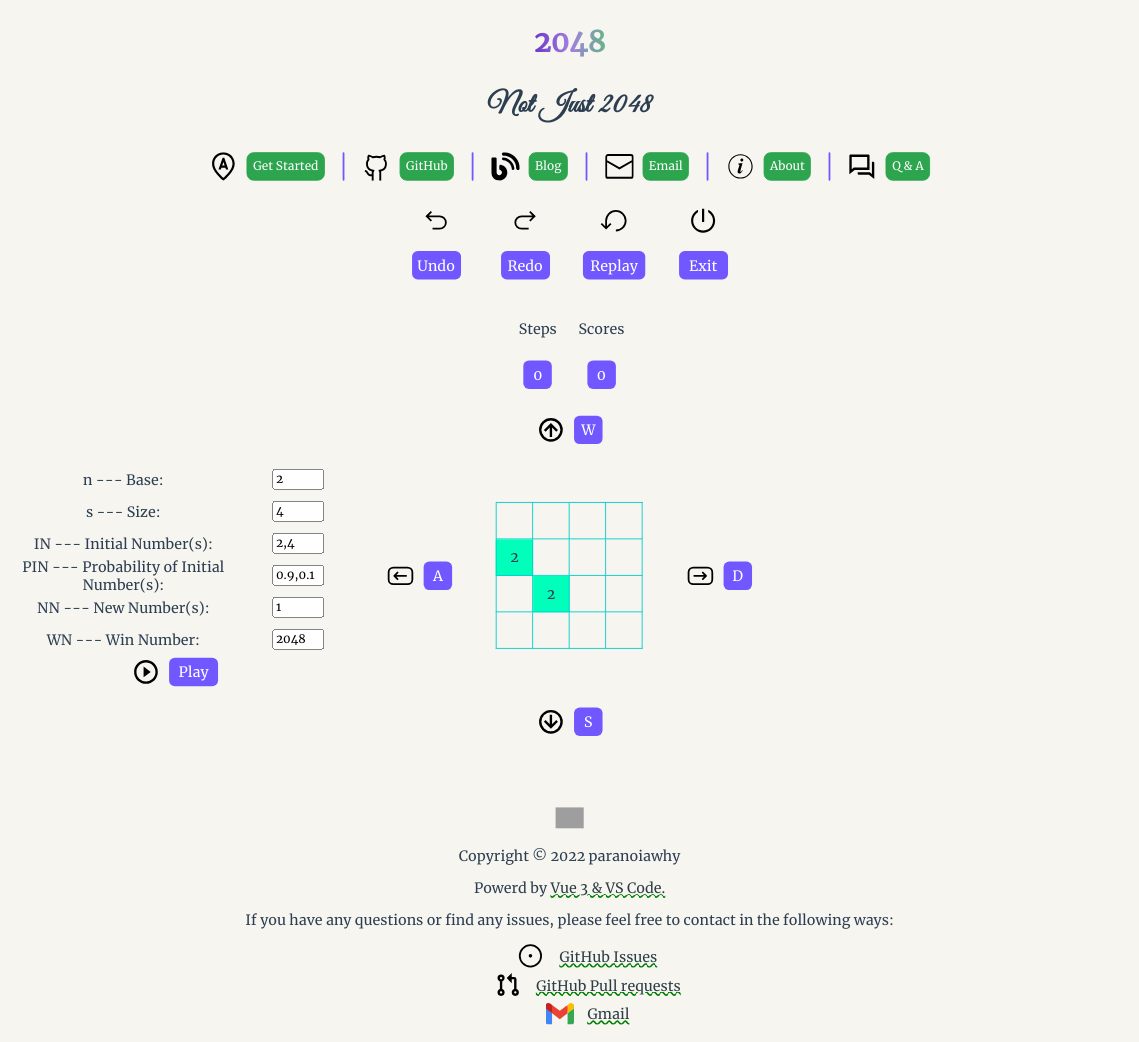
Repository: 321paranoiawhy/2048
Page: /
An editor plug-in stored every save of this project. The page is shown before and after the next save, followed by the edit.
The browser window is 1280 px wide. The pictures show the whole page, at 89% of full size.
Pictures or frames that could not be fetched are drawn as grey boxes. The project was rebuilt for these pictures with package versions that can differ from the ones it lists, and the page was loaded fresh each time. Also part of the build but not shown: vue.config.js.

Above is the page before, as saved 2022-04-29 20:45:49.

After the next save:
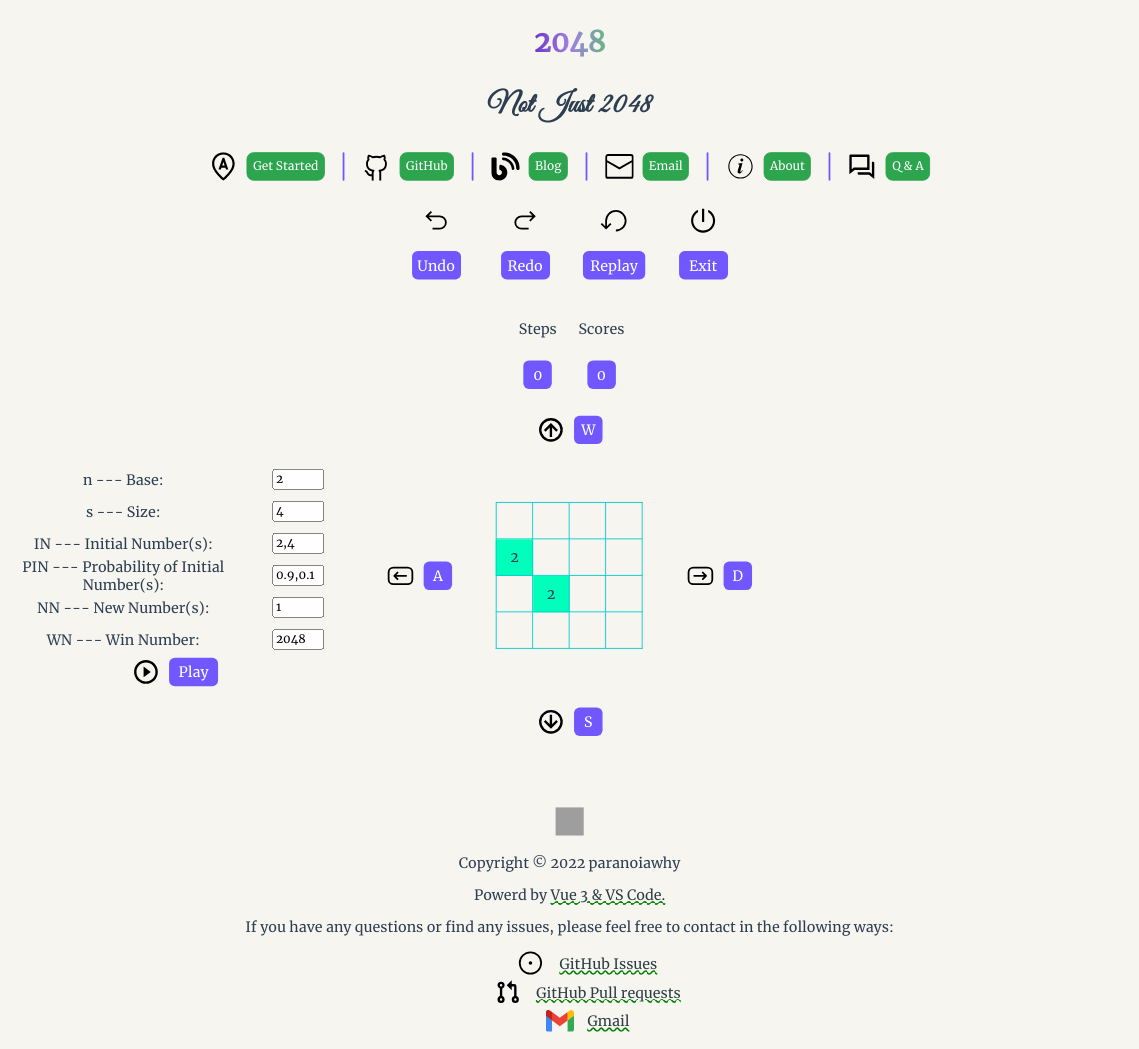
Saved 10 s later.
--- a/src/components/footer.vue
+++ b/src/components/footer.vue
@@ -57,6 +57,7 @@ footer {
     margin-top: 80px;
     & .double-arrow-down {
         width: $width-height;
+        height: $width-height;
     }
     & ul {
         width: fit-content;
